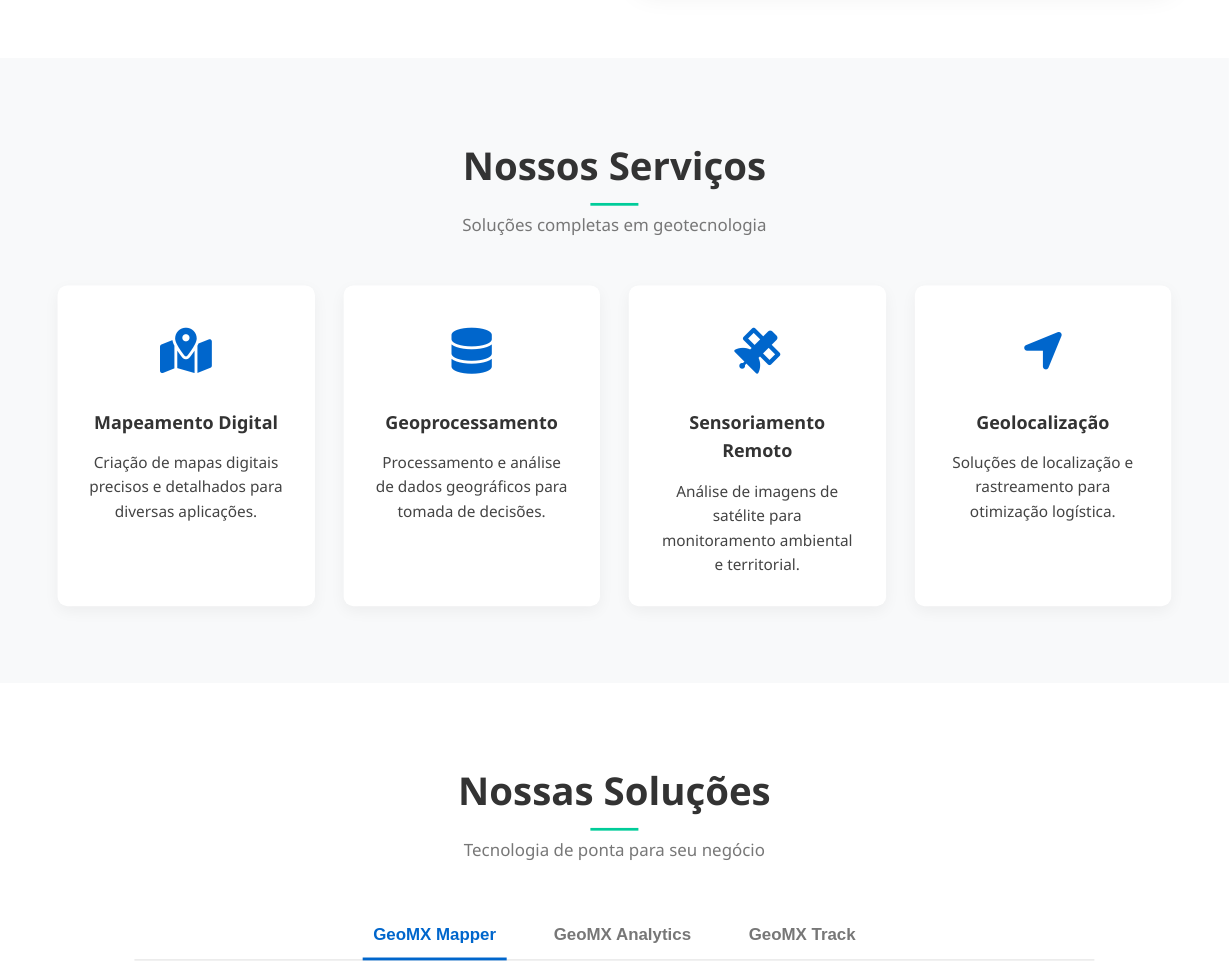
Repository: rocha1579/geomx
Page: index.html
An editor plug-in stored every save of this project. The page is shown before and after the next save, followed by the edit.
The browser window is 1280 px wide. The pictures show the part of the page from y = 1365 to 2375 px (the page is 4981 px tall before and 5952 px after), at 96% of full size.
A picture or video elsewhere on the page could not be fetched, so the positions and the page height are approximate.

Above is the page before, as saved 2025-04-21 19:52:23.

### index.html
<!DOCTYPE html>
<html lang="pt-br">
<head>
    <meta charset="UTF-8">
    <meta name="viewport" content="width=device-width, initial-scale=1.0">
    <title>GeoMX - Soluções Geoespaciais</title>
    <link rel="stylesheet" href="styles-dark-mode.css">
    <script src="dark-mode.js" defer></script>
    <link rel="stylesheet" href="styles.css">
    <link rel="stylesheet" href="https://cdnjs.cloudflare.com/ajax/libs/font-awesome/5.15.4/css/all.min.css">
    <link rel="stylesheet" href="https://cdnjs.cloudflare.com/ajax/libs/font-awesome/6.4.0/css/all.min.css">
</head>
<body>
    <header>
        <div class="container">
            <div class="logo">
                <img src="logo.png" alt="GeoMX Logo">
            </div>
            <nav>
                <div class="menu-toggle">
                    <i class="fas fa-bars"></i>
                </div>
                <ul class="menu">
                    <li><a href="#inicio">Início</a></li>
                    <li><a href="#sobre">Sobre Nós</a></li>
                    <li><a href="#servicos">Serviços</a></li>
                    <li><a href="#solucoes">Soluções</a></li>
                    <li><a href="telemetria.html">Telemetria</a></li>
                    <li><a href="#clientes">Clientes</a></li>
                    <li><a href="#contato" class="btn-contato">Contato</a></li>
                </ul>
            </nav>
        </div>
    </header>

    <section id="inicio" class="hero">
        <div class="container">
            <div class="hero-content">
                <h1>Soluções Geoespaciais Inteligentes</h1>
                <p>Transformando dados geográficos em soluções estratégicas para o seu negócio</p>
                <a href="#contato" class="btn-primary">Fale Conosco</a>
            </div>
        </div>
    </section>

    <section id="sobre" class="sobre">
        <div class="container">
            <div class="section-header">
                <h2>Sobre a GeoMX</h2>
                <p>Excelência em soluções geoespaciais desde 2010</p>
            </div>
            <div class="sobre-content">
                <div class="sobre-text">
                    <p>A GeoMX é uma empresa especializada em soluções geoespaciais, oferecendo tecnologias avançadas para análise de dados geográficos, mapeamento e geoprocessamento.</p>
                    <p>Nossa missão é transformar dados geográficos complexos em informações estratégicas que impulsionam o crescimento e a eficiência dos nossos clientes.</p>
                    <a href="#servicos" class="btn-secondary">Conheça Nossos Serviços</a>
                </div>
                <div class="sobre-image">
                    <img src="about-image.jpg" alt="Equipe GeoMX">
                </div>
            </div>
        </div>
    </section>

    <section id="servicos" class="servicos">
        <div class="container">
            <div class="section-header">
                <h2>Nossos Serviços</h2>
                <p>Soluções completas em geotecnologia</p>
            </div>
            <div class="servicos-grid">
                <div class="servico-card">
                    <div class="servico-icon">
                        <i class="fas fa-map-marked-alt"></i>
                    </div>
                    <h3>Mapeamento Digital</h3>
                    <p>Criação de mapas digitais precisos e detalhados para diversas aplicações.</p>
                </div>
                <div class="servico-card">
                    <div class="servico-icon">
                        <i class="fas fa-database"></i>
                    </div>
                    <h3>Geoprocessamento</h3>
                    <p>Processamento e análise de dados geográficos para tomada de decisões.</p>
                </div>
                <div class="servico-card">
                    <div class="servico-icon">
                        <i class="fas fa-satellite"></i>
                    </div>
                    <h3>Sensoriamento Remoto</h3>
                    <p>Análise de imagens de satélite para monitoramento ambiental e territorial.</p>
                </div>
                <div class="servico-card">
                    <div class="servico-icon">
                        <i class="fas fa-location-arrow"></i>
                    </div>
                    <h3>Geolocalização</h3>
                    <p>Soluções de localização e rastreamento para otimização logística.</p>
                </div>
            </div>
        </div>
    </section>

    <section id="solucoes" class="solucoes">
        <div class="container">
            <div class="section-header">
                <h2>Nossas Soluções</h2>
                <p>Tecnologia de ponta para seu negócio</p>
            </div>
            <div class="solucoes-tabs">
                <div class="tabs-nav">
                    <button class="tab-btn active" data-tab="tab1">GeoMX Mapper</button>
                    <button class="tab-btn" data-tab="tab2">GeoMX Analytics</button>
                    <button class="tab-btn" data-tab="tab3">GeoMX Track</button>
                </div>
                <div class="tabs-content">
                    <div class="tab-content active" id="tab1">
                        <div class="tab-image">
                            <img src="solution1.jpg" alt="GeoMX Mapper">
                        </div>
                        <div class="tab-text">
                            <h3>GeoMX Mapper</h3>
                            <p>Plataforma completa para criação e gerenciamento de mapas digitais com alta precisão. Ideal para planejamento urbano, ambiental e infraestrutura.</p>
                            <ul>
                                <li>Mapeamento em alta resolução</li>
                                <li>Integração com múltiplas fontes de dados</li>
                                <li>Exportação em diversos formatos</li>
                                <li>Atualizações em tempo real</li>
                            </ul>
                        </div>
                    </div>
                    <div class="tab-content" id="tab2">
                        <div class="tab-image">
                            <img src="solution2.jpg" alt="GeoMX Analytics">
                        </div>
                        <div class="tab-text">
                            <h3>GeoMX Analytics</h3>
                            <p>Solução avançada de análise geoespacial com inteligência artificial para identificação de padrões e tendências em dados geográficos.</p>
                            <ul>
                                <li>Análise preditiva geoespacial</li>
                                <li>Dashboards interativos</li>
                                <li>Relatórios personalizados</li>
                                <li>Integração com sistemas corporativos</li>
                            </ul>
                        </div>
                    </div>
                    <div class="tab-content" id="tab3">
                        <div class="tab-image">
                            <img src="solution3.jpg" alt="GeoMX Track">
                        </div>
                        <div class="tab-text">
                            <h3>GeoMX Track</h3>
                            <p>Sistema de rastreamento e monitoramento em tempo real para frotas e ativos, otimizando rotas e reduzindo custos operacionais.</p>
                            <ul>
                                <li>Rastreamento em tempo real</li>
                                <li>Otimização de rotas</li>
                                <li>Alertas de segurança</li>
                                <li>Relatórios de desempenho</li>
                            </ul>
                        </div>
                    </div>
                </div>
            </div>
        </div>
    </section>

    <!-- Menu de Navegação para Serviços de Telemetria -->
    <div class="servicos-menu">
        <div class="container">
            <ul>
                <li><a href="telemetria.html">Telemetria Veicular</a></li>
                <li><a href="rede-can.html">Rede CAN</a></li>
                <li><a href="sensor-fadiga.html">Sensor de Fadiga</a></li>
                <li><a href="controle-passageiros.html">Controle de Passageiros</a></li>
                <li><a href="video-veicular.html">Vídeo Veicular</a></li>
                <li><a href="camera-corporal.html">Câmera Corporal</a></li>
            </ul>
        </div>
    </div>

    <section id="clientes" class="clientes">
        <div class="container">
            <div class="section-header">
                <h2>Nossos Clientes</h2>
                <p>Empresas que confiam em nossas soluções</p>
            </div>
            <div class="clientes-logos">
                <div class="cliente-logo">
                    <img src="cliente1.png" alt="Cliente 1">
                </div>
                <div class="cliente-logo">
                    <img src="cliente2.png" alt="Cliente 2">
                </div>
                <div class="cliente-logo">
                    <img src="cliente3.png" alt="Cliente 3">
                </div>
                <div class="cliente-logo">
                    <img src="cliente4.png" alt="Cliente 4">
                </div>
                <div class="cliente-logo">
                    <img src="cliente5.png" alt="Cliente 5">
                </div>
                <div class="cliente-logo">
                    <img src="cliente6.png" alt="Cliente 6">
                </div>
            </div>
            <div class="depoimentos">
                <div class="depoimento-slider">
                    <div class="depoimento">
                        <div class="depoimento-text">
                            <p>"A GeoMX transformou nossa operação logística com soluções de geolocalização precisas e eficientes. Reduzimos custos operacionais em 30%."</p>
                        </div>
                        <div class="depoimento-autor">
                            <img src="depoimento1.jpg" alt="Autor do Depoimento">
                            <div>
                                <h4>Carlos Silva</h4>
                                <p>Diretor de Operações, Logística Express</p>
                            </div>
                        </div>
                    </div>
                    <div class="depoimento">
                        <div class="depoimento-text">
                            <p>"O sistema de análise geoespacial da GeoMX nos permitiu identificar oportunidades de mercado que não conseguíamos visualizar antes."</p>
                        </div>
                        <div class="depoimento-autor">
                            <img src="depoimento2.jpg" alt="Autor do Depoimento">
                            <div>
                                <h4>Ana Ferreira</h4>
                                <p>CEO, Retail Solutions</p>
                            </div>
                        </div>
                    </div>
                </div>
                <div class="slider-controls">
                    <button class="prev-btn"><i class="fas fa-chevron-left"></i></button>
                    <button class="next-btn"><i class="fas fa-chevron-right"></i></button>
                </div>
            </div>
        </div>
    </section>

    <section id="contato" class="contato">
        <div class="container">
            <div class="section-header">
                <h2>Entre em Contato</h2>
                <p>Estamos prontos para atender sua empresa</p>
            </div>
            <div class="contato-content">
                <div class="contato-form">
                    <form id="formulario-contato">
                        <div class="form-group">
                            <label for="nome">Nome</label>
                            <input type="text" id="nome" name="nome" required>
                        </div>
                        <div class="form-group">
                            <label for="email">E-mail</label>
                            <input type="email" id="email" name="email" required>
                        </div>
                        <div class="form-group">
                            <label for="telefone">Telefone</label>
                            <input type="tel" id="telefone" name="telefone">
                        </div>
                        <div class="form-group">
                            <label for="empresa">Empresa</label>
                            <input type="text" id="empresa" name="empresa">
                        </div>
                        <div class="form-group">
                            <label for="mensagem">Mensagem</label>
                            <textarea id="mensagem" name="mensagem" rows="5" required></textarea>
                        </div>
                        <button type="submit" class="btn-primary">Enviar Mensagem</button>
                    </form>
                </div>
                <div class="contato-info">
                    <div class="info-item">
                        <i class="fas fa-map-marker-alt"></i>
                        <div>
                            <h4>Endereço</h4>
                            <p>Av. Paulista, 1000, São Paulo - SP</p>
                        </div>
                    </div>
                    <div class="info-item">
                        <i class="fas fa-phone"></i>
                        <div>
                            <h4>Telefone</h4>
                            <p>(11) 3456-7890</p>
                        </div>
                    </div>
                    <div class="info-item">
                        <i class="fas fa-envelope"></i>
                        <div>
                            <h4>E-mail</h4>
                            <p>contato@geomx.com.br</p>
                        </div>
                    </div>
                    <div class="social-media">
                        <a href="#" class="social-icon"><i class="fab fa-facebook-f"></i></a>
                        <a href="#" class="social-icon"><i class="fab fa-linkedin-in"></i></a>
                        <a href="#" class="social-icon"><i class="fab fa-instagram"></i></a>
                        <a href="#" class="social-icon"><i class="fab fa-youtube"></i></a>
                    </div>
                </div>
            </div>
        </div>
    </section>

    <footer>
        <div class="container">
            <div class="footer-content">
                <div class="footer-logo">
                    <img src="logo-white.png" alt="GeoMX Logo">
                    <p>Transformando dados geográficos em soluções estratégicas</p>
                </div>
                <div class="footer-links">
                    <div class="footer-column">
                        <h4>Empresa</h4>
                        <ul>
                            <li><a href="#sobre">Sobre Nós</a></li>
                            <li><a href="#clientes">Clientes</a></li>
                            <li><a href="#">Carreiras</a></li>
                            <li><a href="#">Blog</a></li>
                        </ul>
                    </div>
                    <div class="footer-column">
                        <h4>Serviços</h4>
                        <ul>
                            <li><a href="#servicos">Mapeamento Digital</a></li>
                            <li><a href="#servicos">Geoprocessamento</a></li>
                            <li><a href="#servicos">Sensoriamento Remoto</a></li>
                            <li><a href="#servicos">Geolocalização</a></li>
                        </ul>
                    </div>
                    <div class="footer-column">
                        <h4>Suporte</h4>
                        <ul>
                            <li><a href="#contato">Contato</a></li>
                            <li><a href="#">FAQ</a></li>
                            <li><a href="#">Documentação</a></li>
                            <li><a href="#">Política de Privacidade</a></li>
                        </ul>
                    </div>
                </div>
            </div>
            <div class="footer-bottom">
                <p>&copy; 2023 GeoMX. Todos os direitos reservados.</p>
            </div>
        </div>
    </footer>

    <!-- Botão de WhatsApp Flutuante -->
    <a href="https://wa.me/SEUNUMERODETELEFONE" class="whatsapp-button" target="_blank">
        <i class="fab fa-whatsapp"></i>
    </a>

    <script src="script.js"></script>
</body>
</html>

Loaded but not shown: script.js (161 lines, source omitted); styles.css (1656 lines, source omitted); styles-dark-mode.css (no stored copy; drawn as an empty file); dark-mode.js (no stored copy; drawn as an empty file)

After the next save:
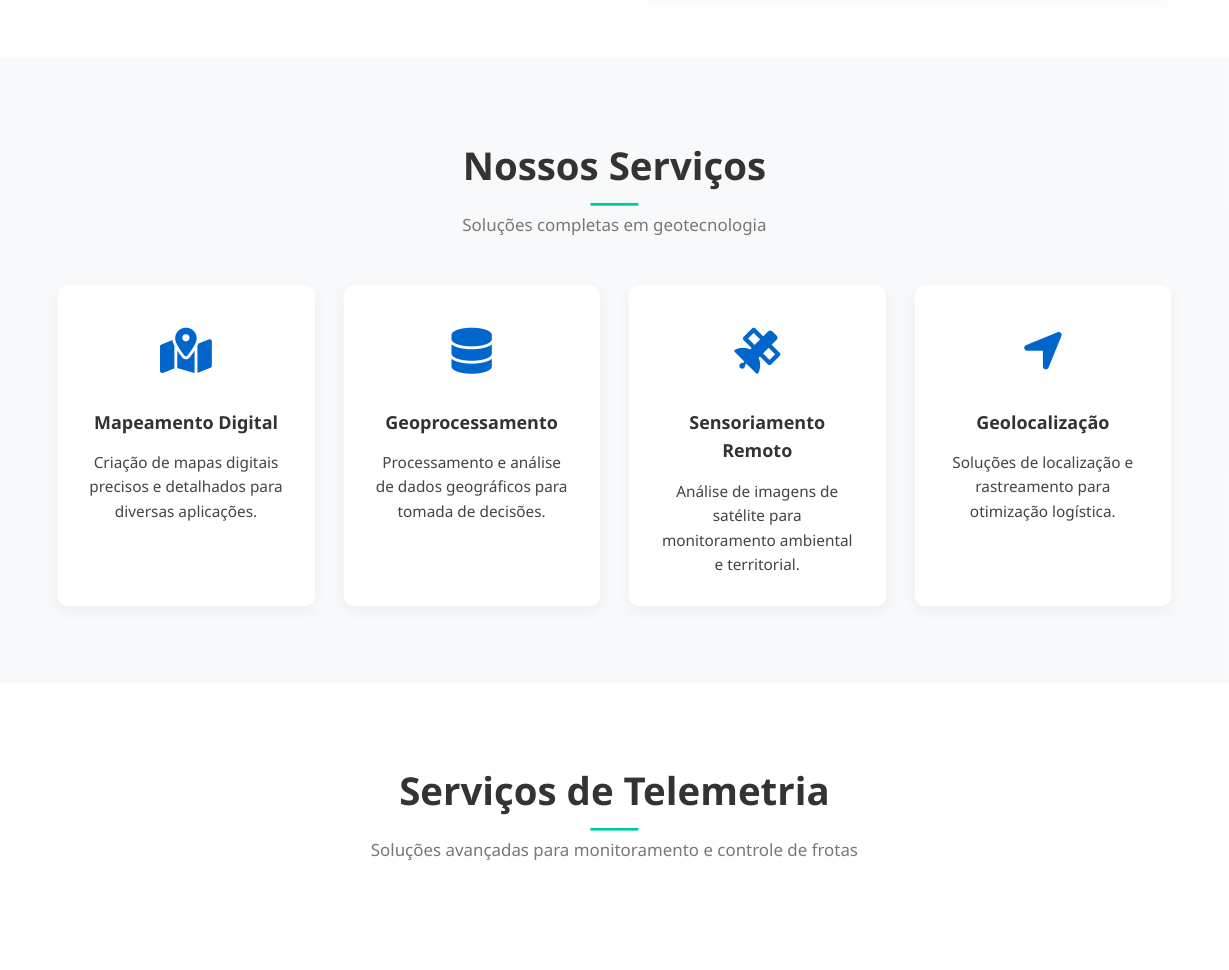
Saved 13 h 56 min later.
--- a/index.html
+++ b/index.html
@@ -101,6 +101,72 @@
         </div>
     </section>
 
+    <!-- Nova seção de Serviços de Telemetria -->
+    <section id="servicos-telemetria" class="servicos-telemetria">
+        <div class="container">
+            <div class="section-header">
+                <h2>Serviços de Telemetria</h2>
+                <p>Soluções avançadas para monitoramento e controle de frotas</p>
+            </div>
+
+            <div class="telemetria-grid">
+                <a href="telemetria.html" class="telemetria-card">
+                    <div class="telemetria-icon">
+                        <i class="fas fa-broadcast-tower"></i>
+                    </div>
+                    <h3>Telemetria Veicular</h3>
+                    <p>Solução personalizada de gestão de frotas que coleta informações remotamente.</p>
+                    <span class="telemetria-link">Saiba mais <i class="fas fa-arrow-right"></i></span>
+                </a>
+
+                <a href="rede-can.html" class="telemetria-card">
+                    <div class="telemetria-icon">
+                        <i class="fas fa-network-wired"></i>
+                    </div>
+                    <h3>Rede CAN</h3>
+                    <p>Sistema inovador que proporciona velocidade e confiabilidade no armazenamento de informações.</p>
+                    <span class="telemetria-link">Saiba mais <i class="fas fa-arrow-right"></i></span>
+                </a>
+
+                <a href="sensor-fadiga.html" class="telemetria-card">
+                    <div class="telemetria-icon">
+                        <i class="fas fa-eye"></i>
+                    </div>
+                    <h3>Sensor de Fadiga</h3>
+                    <p>Detector de comportamento de motoristas que reduz significativamente o risco de acidentes.</p>
+                    <span class="telemetria-link">Saiba mais <i class="fas fa-arrow-right"></i></span>
+                </a>
+
+                <a href="controle-passageiros.html" class="telemetria-card">
+                    <div class="telemetria-icon">
+                        <i class="fas fa-users"></i>
+                    </div>
+                    <h3>Controle de Passageiros</h3>
+                    <p>Sistema de controle de embarque e desembarque para gestão de acessos.</p>
+                    <span class="telemetria-link">Saiba mais <i class="fas fa-arrow-right"></i></span>
+                </a>
+
+                <a href="video-veicular.html" class="telemetria-card">
+                    <div class="telemetria-icon">
+                        <i class="fas fa-video"></i>
+                    </div>
+                    <h3>Vídeo Veicular</h3>
+                    <p>Sistema de informações via imagens para monitoramento eficaz da operação.</p>
+                    <span class="telemetria-link">Saiba mais <i class="fas fa-arrow-right"></i></span>
+                </a>
+
+                <a href="camera-corporal.html" class="telemetria-card">
+                    <div class="telemetria-icon">
+                        <i class="fas fa-camera"></i>
+                    </div>
+                    <h3>Câmera Corporal</h3>
+                    <p>Tecnologia compacta e robusta que garante o monitoramento de operações com imagens de alta qualidade.</p>
+                    <span class="telemetria-link">Saiba mais <i class="fas fa-arrow-right"></i></span>
+                </a>
+            </div>
+        </div>
+    </section>
+
     <section id="solucoes" class="solucoes">
         <div class="container">
             <div class="section-header">
@@ -164,20 +230,6 @@
         </div>
     </section>
 
-    <!-- Menu de Navegação para Serviços de Telemetria -->
-    <div class="servicos-menu">
-        <div class="container">
-            <ul>
-                <li><a href="telemetria.html">Telemetria Veicular</a></li>
-                <li><a href="rede-can.html">Rede CAN</a></li>
-                <li><a href="sensor-fadiga.html">Sensor de Fadiga</a></li>
-                <li><a href="controle-passageiros.html">Controle de Passageiros</a></li>
-                <li><a href="video-veicular.html">Vídeo Veicular</a></li>
-                <li><a href="camera-corporal.html">Câmera Corporal</a></li>
-            </ul>
-        </div>
-    </div>
-
     <section id="clientes" class="clientes">
         <div class="container">
             <div class="section-header">
